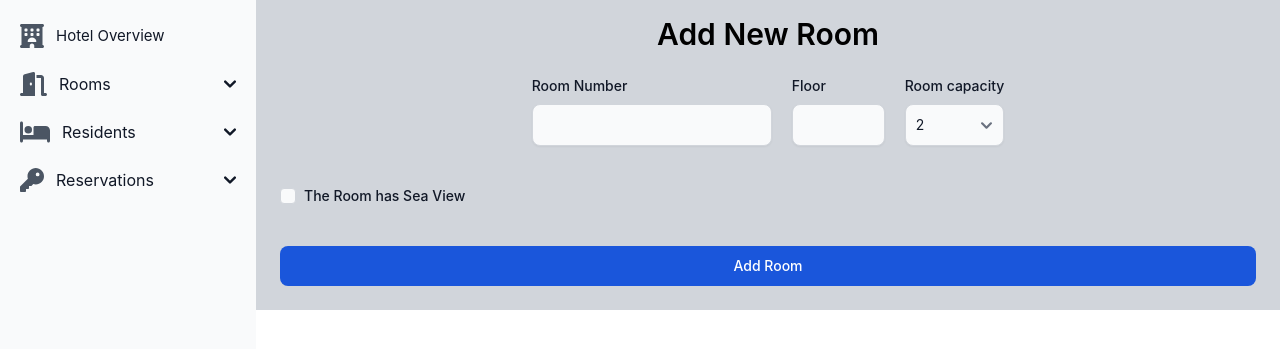
Repository: aggepap/hotelReservationsProj
Page: /rooms/add (app in admin-panel/)
The author's editor kept a copy of each file at every save. The page is drawn from the files as they stood at one save, then again after the next save.
The browser window is 1280 px wide. The pictures show the whole page.
The project was rebuilt for these pictures with package versions that can differ from the ones it lists, and the page was loaded fresh each time. Also part of the build but not shown: admin-panel/vite.config.ts, admin-panel/src/views/HomeView.vue.

Above is the page before, as saved 2025-01-19 16:03:24.

### admin-panel/index.html
<!DOCTYPE html>
<html lang="">
  <head>
    <meta charset="UTF-8" />
    <link rel="icon" href="/favicon.ico" />
    <meta name="viewport" content="width=device-width, initial-scale=1.0" />
    <title>Vite App</title>
  </head>
  <body>
    <div id="app"></div>
    <script type="module" src="/src/main.ts"></script>
  </body>
</html>

### admin-panel/src/main.ts
import "./assets/main.css";
import "primeicons/primeicons.css";
import "flowbite";

import { createApp } from "vue";
import App from "./App.vue";
import router from "./router";

const app = createApp(App);

app.use(router);

app.mount("#app");

### admin-panel/src/assets/main.css
@import "./base.css";
@tailwind base;
@tailwind components;
@tailwind utilities;

### admin-panel/src/App.vue
<script setup lang="ts">
import { RouterLink, RouterView } from "vue-router";
import { FontAwesomeIcon } from "@fortawesome/vue-fontawesome";
import { faDoorOpen } from "@fortawesome/free-solid-svg-icons";
import { faHotel } from "@fortawesome/free-solid-svg-icons";
import { faBed } from "@fortawesome/free-solid-svg-icons";
import { faKey } from "@fortawesome/free-solid-svg-icons";
</script>

<template>
  <button
    data-drawer-target="sidebar-multi-level-sidebar"
    data-drawer-toggle="sidebar-multi-level-sidebar"
    aria-controls="sidebar-multi-level-sidebar"
    type="button"
    class="inline-flex items-center p-2 mt-2 ms-3 text-sm text-gray-500 rounded-lg sm:hidden hover:bg-gray-100 focus:outline-none focus:ring-2 focus:ring-gray-200 dark:text-gray-400 dark:hover:bg-gray-700 dark:focus:ring-gray-600"
  >
    <span class="sr-only">Open sidebar</span>
    <svg
      class="w-6 h-6"
      aria-hidden="true"
      fill="currentColor"
      viewBox="0 0 20 20"
      xmlns="http://www.w3.org/2000/svg"
    >
      <path
        clip-rule="evenodd"
        fill-rule="evenodd"
        d="M2 4.75A.75.75 0 012.75 4h14.5a.75.75 0 010 1.5H2.75A.75.75 0 012 4.75zm0 10.5a.75.75 0 01.75-.75h7.5a.75.75 0 010 1.5h-7.5a.75.75 0 01-.75-.75zM2 10a.75.75 0 01.75-.75h14.5a.75.75 0 010 1.5H2.75A.75.75 0 012 10z"
      ></path>
    </svg>
  </button>
  <section class="flex flex-row justify-between items-center">
    <aside
      id="sidebar-multi-level-sidebar"
      class="fixed top-0 left-0 z-40 w-64 h-screen transition-transform -translate-x-full sm:translate-x-0"
      aria-label="Sidebar"
    >
      <div class="h-full px-3 py-4 overflow-y-auto bg-gray-50 dark:bg-gray-800">
        <ul class="space-y-2 font-medium">
          <li>
            <a
              href="#"
              class="flex items-center p-2 text-gray-900 rounded-lg dark:text-white hover:bg-gray-100 dark:hover:bg-gray-700 group"
            >
              <FontAwesomeIcon class="text-gray-600 text-2xl" :icon="faHotel" />
              <span class="ms-3">Hotel Overview</span>
            </a>
          </li>
          <li>
            <button
              type="button"
              class="flex items-center w-full p-2 text-base text-gray-900 transition duration-75 rounded-lg group hover:bg-gray-100 dark:text-white dark:hover:bg-gray-700"
              aria-controls="dropdown-rooms"
              data-collapse-toggle="dropdown-rooms"
            >
              <FontAwesomeIcon
                class="text-gray-600 text-2xl"
                :icon="faDoorOpen"
              />

              <span
                class="flex-1 ms-3 text-left rtl:text-right whitespace-nowrap"
                >Rooms</span
              >
              <svg
                class="w-3 h-3"
                aria-hidden="true"
                xmlns="http://www.w3.org/2000/svg"
                fill="none"
                viewBox="0 0 10 6"
              >
                <path
                  stroke="currentColor"
                  stroke-linecap="round"
                  stroke-linejoin="round"
                  stroke-width="2"
                  d="m1 1 4 4 4-4"
                />
              </svg>
            </button>
            <ul id="dropdown-rooms" class="hidden py-2 space-y-2">
              <li>
                <RouterLink
                  to="/rooms/add"
                  class="flex justify-start gap-2 items-start w-full p-2 text-gray-900 transition duration-75 rounded-lg pl-11 group hover:bg-gray-100 dark:text-white dark:hover:bg-gray-700"
                >
                  <i class="pi pi-plus pt-1"></i> Add new Room</RouterLink
                >
              </li>
            </ul>
          </li>
          <li>
            <button
              type="button"
              class="flex items-center w-full p-2 text-base text-gray-900 transition duration-75 rounded-lg group hover:bg-gray-100 dark:text-white dark:hover:bg-gray-700"
              aria-controls="dropdown-residents"
              data-collapse-toggle="dropdown-residents"
            >
              <FontAwesomeIcon class="text-gray-600 text-2xl" :icon="faBed" />

              <span
                class="flex-1 ms-3 text-left rtl:text-right whitespace-nowrap"
                >Residents</span
              >
              <svg
                class="w-3 h-3"
                aria-hidden="true"
                xmlns="http://www.w3.org/2000/svg"
                fill="none"
                viewBox="0 0 10 6"
              >
                <path
                  stroke="currentColor"
                  stroke-linecap="round"
                  stroke-linejoin="round"
                  stroke-width="2"
                  d="m1 1 4 4 4-4"
                />
              </svg>
            </button>
            <ul id="dropdown-residents" class="hidden py-2 space-y-2">
              <li>
                <a
                  href="#"
                  class="flex justify-start gap-2 items-start w-full p-2 text-gray-900 transition duration-75 rounded-lg pl-11 group hover:bg-gray-100 dark:text-white dark:hover:bg-gray-700"
                >
                  <i class="pi pi-plus pt-1"></i> Add a Resident</a
                >
              </li>
            </ul>
          </li>
          <li>
            <button
              type="button"
              class="flex items-center w-full p-2 text-base text-gray-900 transition duration-75 rounded-lg group hover:bg-gray-100 dark:text-white dark:hover:bg-gray-700"
              aria-controls="dropdown-reservations"
              data-collapse-toggle="dropdown-reservations"
            >
              <FontAwesomeIcon class="text-gray-600 text-2xl" :icon="faKey" />

              <span
                class="flex-1 ms-3 text-left rtl:text-right whitespace-nowrap"
                >Reservations</span
              >
              <svg
                class="w-3 h-3"
                aria-hidden="true"
                xmlns="http://www.w3.org/2000/svg"
                fill="none"
                viewBox="0 0 10 6"
              >
                <path
                  stroke="currentColor"
                  stroke-linecap="round"
                  stroke-linejoin="round"
                  stroke-width="2"
                  d="m1 1 4 4 4-4"
                />
              </svg>
            </button>
            <ul id="dropdown-reservations" class="hidden py-2 space-y-2">
              <li>
                <a
                  href="#"
                  class="flex justify-start gap-2 items-start w-full p-2 text-gray-900 transition duration-75 rounded-lg pl-11 group hover:bg-gray-100 dark:text-white dark:hover:bg-gray-700"
                >
                  <i class="pi pi-plus pt-1"></i> Add a Reservation</a
                >
              </li>
            </ul>
          </li>
        </ul>
      </div>
    </aside>

    <main class="flex items-start h-screen w-full pl-64">
      <div class="mx-auto w-full md:p-6 bg-gray-300 pt-12">
        <RouterView />
      </div>
    </main>
  </section>
</template>

### admin-panel/src/router/index.ts
import { createRouter, createWebHistory } from "vue-router";
import HomeView from "../views/HomeView.vue";
import AddRoomView from "@/views/roomviews/AddRoomView.vue";

const router = createRouter({
  history: createWebHistory(import.meta.env.BASE_URL),
  routes: [
    {
      path: "/",
      name: "home",
      component: HomeView,
    },
    {
      path: "/rooms/add",
      name: "addRoom",
      component: AddRoomView,
    },
    {
      path: "/about",
      name: "about",
      // route level code-splitting
      // this generates a separate chunk (About.[hash].js) for this route
      // which is lazy-loaded when the route is visited.
      component: () => import("../views/AboutView.vue"),
    },
  ],
});

export default router;

### admin-panel/src/views/roomviews/AddRoomView.vue
<script setup></script>

<template>
  <h2 class="text-black text-3xl text-center leading-5 font-semibold mb-8">
    Add New Room
  </h2>
  <form class="w-full mx-auto flex flex-col justify-center gap-5">
    <div class="flex items-center justify-center gap-5">
      <div class="mb-5">
        <label
          for="newRoomNumber"
          class="block mb-2 text-sm font-medium text-gray-900 dark:text-white"
          >Room Number</label
        >
        <input
          type="number"
          id="newRoomNumber"
          class="shadow-sm bg-gray-50 border border-gray-300 text-gray-900 text-sm rounded-lg focus:ring-blue-500 focus:border-blue-500 block w-full p-2.5 dark:bg-gray-700 dark:border-gray-600 dark:placeholder-gray-400 dark:text-white dark:focus:ring-blue-500 dark:focus:border-blue-500 dark:shadow-sm-light"
          min="1"
          required
        />
      </div>
      <div class="mb-5">
        <label
          for="floorNumber"
          class="block mb-2 text-sm font-medium text-gray-900 dark:text-white"
          >Floor</label
        >
        <input
          type="number"
          id="floorNumber"
          class="shadow-sm bg-gray-50 border border-gray-300 text-gray-900 text-sm rounded-lg focus:ring-blue-500 focus:border-blue-500 block w-full p-2.5 dark:bg-gray-700 dark:border-gray-600 dark:placeholder-gray-400 dark:text-white dark:focus:ring-blue-500 dark:focus:border-blue-500 dark:shadow-sm-light"
          min="1"
          max="15"
          required
        />
      </div>
      <div class="mb-5">
        <label
          for="repeat-password"
          class="block mb-2 text-sm font-medium text-gray-900 dark:text-white"
          >Room capacity</label
        >
        <select
          id="roomCapacity"
          class="shadow-sm bg-gray-50 border border-gray-300 text-gray-900 text-sm rounded-lg focus:ring-blue-500 focus:border-blue-500 block w-full p-2.5 dark:bg-gray-700 dark:border-gray-600 dark:placeholder-gray-400 dark:text-white dark:focus:ring-blue-500 dark:focus:border-blue-500 dark:shadow-sm-light"
          required
        >
          <option value="double">2</option>
          <option value="triple">3</option>
          <option value="family">4</option>
        </select>
      </div>
    </div>
    <div class="flex items-start mb-5">
      <div class="flex items-center h-5">
        <input
          id="hasSeaview"
          type="checkbox"
          value=""
          class="w-4 h-4 border border-gray-300 rounded bg-gray-50 focus:ring-3 focus:ring-blue-300 dark:bg-gray-700 dark:border-gray-600 dark:focus:ring-blue-600 dark:ring-offset-gray-800 dark:focus:ring-offset-gray-800"
          required
        />
      </div>
      <label
        for="terms"
        class="ms-2 text-sm font-medium text-gray-900 dark:text-gray-300"
        >The Room has Sea View</label
      >
    </div>

    <button
      type="submit"
      class="text-white bg-blue-700 hover:bg-blue-800 focus:ring-4 focus:outline-none focus:ring-blue-300 font-medium rounded-lg text-sm px-5 py-2.5 text-center dark:bg-blue-600 dark:hover:bg-blue-700 dark:focus:ring-blue-800"
    >
      Add Room
    </button>
  </form>
</template>

### admin-panel/tailwind.config.js
/** @type {import('tailwindcss').Config} */
export default {
  content: [
    "./index.html",
    "./src/**/*.{vue,js,ts,jsx,tsx}",
    "./node_modules/flowbite/**/*.js",
  ],
  theme: {
    extend: {},
  },
  plugins: [require("flowbite/plugin")],
};

Loaded but not shown: admin-panel/src/assets/base.css (common file)

After the next save:
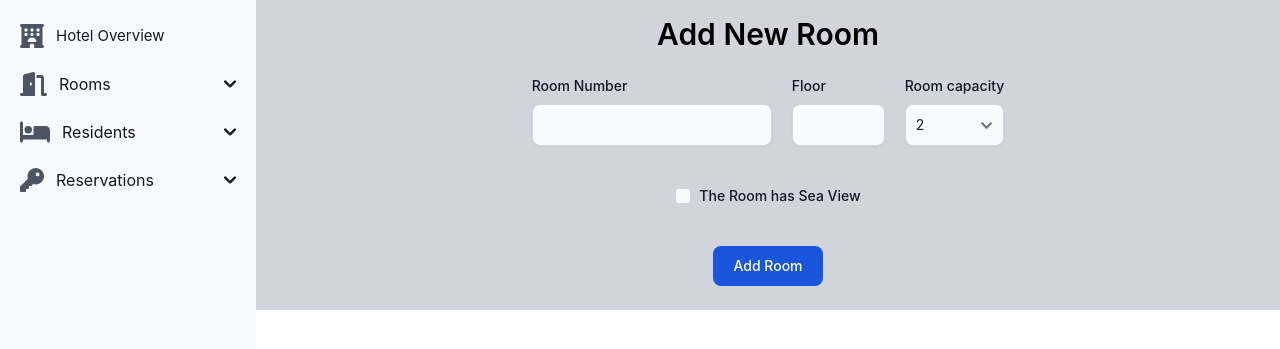
Saved 7 s later.
--- a/admin-panel/src/views/roomviews/AddRoomView.vue
+++ b/admin-panel/src/views/roomviews/AddRoomView.vue
@@ -4,7 +4,7 @@
   <h2 class="text-black text-3xl text-center leading-5 font-semibold mb-8">
     Add New Room
   </h2>
-  <form class="w-full mx-auto flex flex-col justify-center gap-5">
+  <form class="w-full mx-auto flex flex-col items-center gap-5">
     <div class="flex items-center justify-center gap-5">
       <div class="mb-5">
         <label
